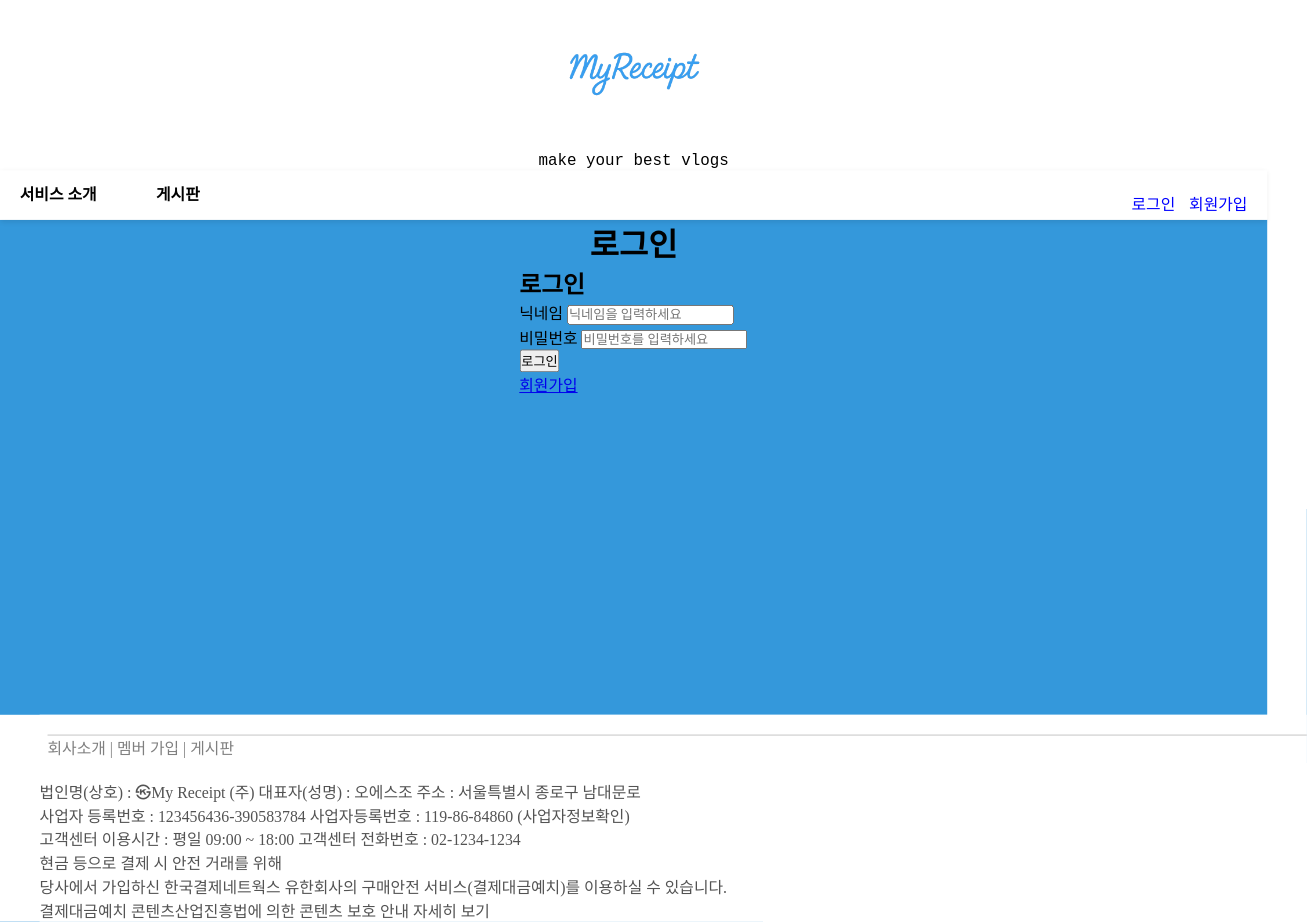
Repository: shong69/mini-project
Page: http://localhost/myReceipt2/login
These files come from the project's save history. The page is drawn as it stood at one moment and after the next save; the edit follows.
The browser window is 1280 px wide. The page is 1320 px wide, so the pictures cover 1320 px, including what lies to the right of the window. The pictures show the whole page, at 99% of full size.
Some web fonts or font styles are not loaded; a fallback is used. The page is served by Tomcat 10. Other server files are loaded and not shown.

Above is the page before, as saved 2025-05-06 18:59:21.

### jspProject/myReceipt2/src/main/webapp/WEB-INF/views/login.jsp
<%@ page language="java" contentType="text/html; charset=UTF-8"
    pageEncoding="UTF-8"%>
<!DOCTYPE html>
<html>
<head>
<meta charset="UTF-8">
<title>Insert title here</title>
<link rel="stylesheet" type="text/css" href="resources/css/main.css">
</head>
<body>
	<jsp:include page="/WEB-INF/views/common/header.jsp"></jsp:include>

	<main>
		<h1>로그인</h1>
		<form action="login" method="post" class="login-form">
		    <h2>로그인</h2>
		    <div class="input-group">
		        <label for="inputId">닉네임</label>
		        <input type="text" name="inputId" id="inputId" placeholder="닉네임을 입력하세요" required>
		    </div>
		    <div class="input-group">
		        <label for="inputPw">비밀번호</label>
		        <input type="password" name="inputPw" id="inputPw" placeholder="비밀번호를 입력하세요" required>
		    </div>
		    <button type="submit">로그인</button>
		    <div class="signup-link">
		        <a href="/myReceipt2/signup">회원가입</a>
		    </div>
		</form>

	</main>

	<jsp:include page="/WEB-INF/views/common/footer.jsp"></jsp:include>
</body>
</html>

### jspProject/myReceipt2/src/main/webapp/WEB-INF/views/common/header.jsp
<%@ page language="java" contentType="text/html; charset=UTF-8"
    pageEncoding="UTF-8"%>
<%@ taglib prefix="c" uri="http://java.sun.com/jsp/jstl/core" %>
	<div id="header">
		<a href="/myReceipt2/index"><img src="resources/imgs/logo.png" style="width:150px;"/></a>
		<p style="font-family: 'Courier New', Courier, monospace;">make your best vlogs</p>
	</div>
	<div id="nav-bar">
		<div id="menu">
			<a href="/myReceipt2/intro">서비스 소개</a>
			<a href="/myReceipt2/board">게시판</a>
		</div>
		<div id="loginSt">
			<c:choose>
				<c:when test="${not empty sessionScope.loginMember} ">
					<p>%{sessionScope.loginMember.nickName}님이 로그인 중</p>
					<a href="/myReceipt2/logout">로그아웃</a>

				</c:when>
				<c:otherwise>
					<a href="/myReceipt2/login">로그인</a>
					<a href="/myReceipt2/sign">회원가입</a>
				</c:otherwise>
			</c:choose>
		</div>

	</div>

### jspProject/myReceipt2/src/main/webapp/WEB-INF/views/common/footer.jsp
<%@ page language="java" contentType="text/html; charset=UTF-8"
    pageEncoding="UTF-8"%>
	<footer class="footer">
	    <section>
	        <div class="footer-nav">
	            <a href="/">회사소개 |</a>
	            <a href="/signup">멤버 가입 |</a>
	            <a href="/">게시판</a>
	        </div>
	    </section>
	    <section>
	        <div>
	            법인명(상호) : ㉿My Receipt (주) 대표자(성명) : 오에스조 주소 : 서울특별시 종로구 남대문로 <br>
	            사업자 등록번호 : 123456436-390583784  사업자등록번호 : 119-86-84860 (사업자정보확인)<br>
	            고객센터 이용시간 : 평일 09:00 ~ 18:00  고객센터 전화번호 : 02-1234-1234
	        </div>

	        <div>
	            현금 등으로 결제 시 안전 거래를 위해<br>
	            당사에서 가입하신 한국결제네트웍스 유한회사의 구매안전 서비스(결제대금예치)를 이용하실 수 있습니다.<br>
	            결제대금예치 콘텐츠산업진흥법에 의한 콘텐츠 보호 안내 자세히 보기
	        </div>
	    </section>
	</footer>

### jspProject/myReceipt2/src/main/java/com/project/jsp/controller/LoginController.java
package com.project.jsp.controller;

import java.io.IOException;

import com.project.jsp.model.domain.Member;
import com.project.jsp.model.service.MemberService;

import jakarta.servlet.ServletException;
import jakarta.servlet.http.HttpServlet;
import jakarta.servlet.http.HttpServletRequest;
import jakarta.servlet.http.HttpServletResponse;
import jakarta.servlet.http.HttpSession;

public class LoginController extends HttpServlet{
	@Override
	protected void doGet(HttpServletRequest req, HttpServletResponse resp) throws ServletException, IOException {
		req.getRequestDispatcher("/WEB-INF/views/login.jsp").forward(req, resp);
	}
	@Override
	protected void doPost(HttpServletRequest req, HttpServletResponse resp) throws ServletException, IOException {
		String inputId = req.getParameter("id");
		String inputPw = req.getParameter("pw");
		MemberService service = new MemberService();
		Member loginMember = service.login(inputId, inputPw);

		HttpSession session = req.getSession();
		if(loginMember != null) {
			session.setAttribute("loginMember", loginMember);
			session.setMaxInactiveInterval(60*60);
		}else {
			session.setAttribute("message", "로그인에 실패하였습니다.(id or password not correct)");
			resp.sendRedirect("/myReceipt2/login");
		}

	}
}

### jspProject/myReceipt2/src/main/webapp/resources/css/main.css
* {
	box-sizing: border-box;
	padding: 0;
	margin: 0;
	font-family: 'main';
}
/* 메인 폰트 */
@font-face {
	font-family: 'main';
	src:
		url('https://fastly.jsdelivr.net/gh/Project-Noonnu/noonfonts_2107@1.1/Pretendard-Regular.woff')
		format('woff');
	font-style: normal;
	font-weight: 400;
}

/*header*/
#header {
	width: 100%;
	text-align: center;
}

#header>div:first-child {
	margin-bottom: 15px;
}

#nav-bar {
	line-height: 50px;
	height: 50px;
	position: sticky;
	top: 0;
	left: 0;
	background-color: white;
	z-index: 1000;
	box-shadow: 0 2px 5px rgba(0, 0, 0, 0.1);
}

#loginSt {
	position: absolute;
	top: 10px;
	right: 20px;
}

#loginSt a {
	margin-left: 10px;
	color: blue;
	text-decoration: none;
}

#menu {
	display: flex;
	gap: 20px;
}

#menu a {
	text-decoration: none;
	color: black;
	font-weight: bold;
	padding: 0 20px;
	position: relative;
	overflow: hidden;
	transition: background-color 0.5s ease;
}

#menu a:hover {
	background-color: #335085;
	animation-duration: 2s;
	color: whitesmoke;
}

main {
	background-color: #3498db;
	display: flex;
	flex-direction: column;
	align-items: center;
	min-height:500px;
}

.section-title {
	font-size: 3.5rem;
	margin: 100px 0 70px 0;
}

#carousel {
	width: 90%;
	height: 300px;
	background-color: #ddd;
	margin-top: 20px;
}
/*footer*/
.footer {
	background-color: white;
	width: 100%;
	height: auto;
	display: flex;
	flex-direction: column;
	padding-top: 20px;
	margin: 0 40px;
}

.footer>section:first-child {
	border-top: 1px solid #c5c5c5;
	display: flex;
	flex-direction: row;
	margin-left: 8px;
}

.footer>section a {
	color: gray;
	text-decoration: none;
}

.footer>section:nth-child(2) {
	padding-top: 20px;
	color: rgb(83, 83, 83);
}

After the next save:
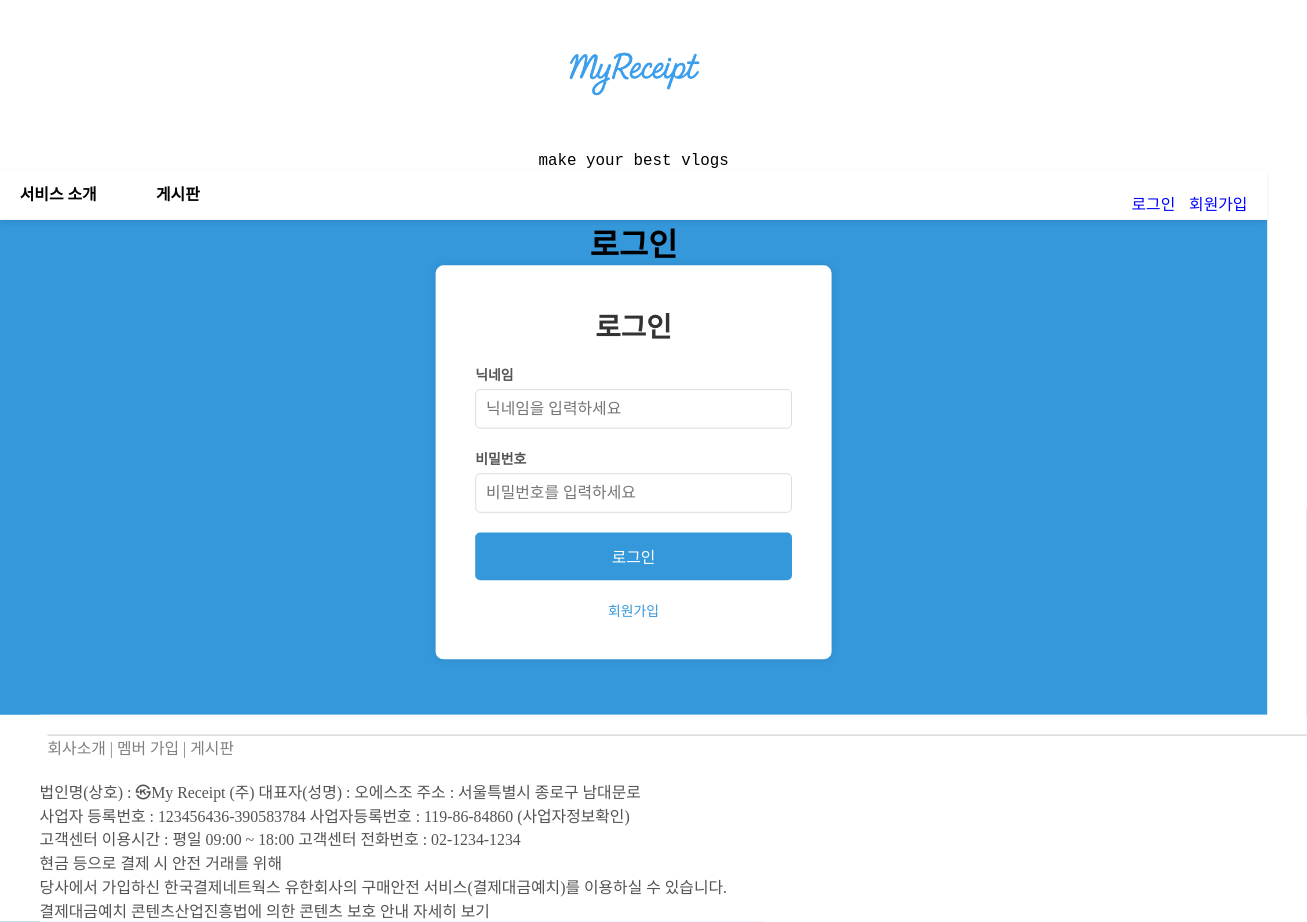
Saved 45 s later.
--- a/jspProject/myReceipt2/src/main/webapp/WEB-INF/views/login.jsp
+++ b/jspProject/myReceipt2/src/main/webapp/WEB-INF/views/login.jsp
@@ -6,6 +6,86 @@
 <meta charset="UTF-8">
 <title>Insert title here</title>
 <link rel="stylesheet" type="text/css" href="resources/css/main.css">
+<style rel="stylesheet" type="text/css">
+
+.login-form {
+    background-color: #fff;
+    padding: 40px;
+    width: 100%;
+    max-width: 400px;
+    border-radius: 8px;
+    box-shadow: 0 0 10px rgba(0, 0, 0, 0.1);
+    text-align: center;
+}
+
+.login-form h2 {
+    font-size: 28px;
+    margin-bottom: 20px;
+    color: #333;
+}
+
+.input-group {
+    margin-bottom: 20px;
+    text-align: left;
+}
+
+.input-group label {
+    font-size: 14px;
+    font-weight: bold;
+    color: #555;
+    margin-bottom: 5px;
+    display: block;
+}
+
+.input-group input {
+    width: 100%;
+    padding: 10px;
+    border: 1px solid #ddd;
+    border-radius: 5px;
+    font-size: 16px;
+    color: #333;
+    box-sizing: border-box;
+}
+
+.input-group input:focus {
+    border-color: #3498db;
+    outline: none;
+}
+
+/* 버튼 스타일링 */
+button {
+    width: 100%;
+    padding: 12px;
+    background-color: #3498db;
+    color: white;
+    border: none;
+    border-radius: 5px;
+    font-size: 16px;
+    cursor: pointer;
+    transition: background-color 0.3s;
+}
+
+button:hover {
+    background-color: #2980b9;
+}
+
+/* 회원가입 링크 스타일링 */
+.signup-link {
+    margin-top: 20px;
+}
+
+.signup-link a {
+    text-decoration: none;
+    color: #3498db;
+    font-size: 14px;
+    transition: color 0.3s;
+}
+
+.signup-link a:hover {
+    color: #2980b9;
+}
+
+</style>
 </head>
 <body>
 	<jsp:include page="/WEB-INF/views/common/header.jsp"></jsp:include>
